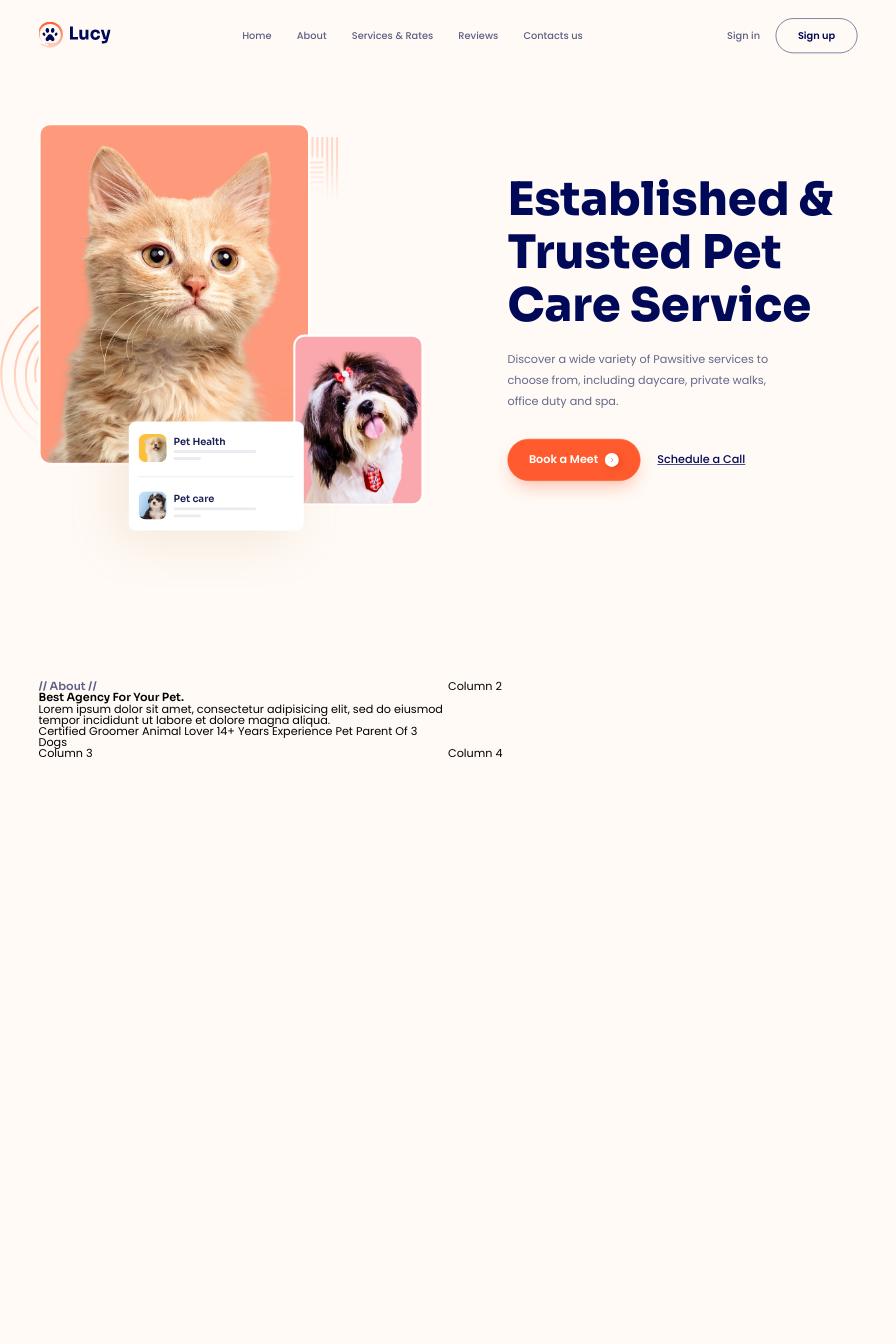
Repository: empty24062002/f8-project-05
Page: index.html
These files come from the project's save history. The page is drawn as it stood at one moment and after the next save; the edit follows.
The browser window is 1280 px wide. The pictures show the part of the page from y = 0 to 1920 px (the page is 10965 px tall), at 70% of full size.

Above is the page before, as saved 2023-09-11 09:35:38.

### index.html
<!DOCTYPE html>
<html lang="en">
    <head>
        <meta charset="UTF-8" />
        <meta name="viewport" content="width=device-width, initial-scale=1.0" />
        <title>Lucy</title>
        <!-- favicon -->
        <link
            rel="apple-touch-icon"
            sizes="57x57"
            href="./assets/favicon/apple-icon-57x57.png"
        />
        <link
            rel="apple-touch-icon"
            sizes="60x60"
            href="./assets/favicon/apple-icon-60x60.png"
        />
        <link
            rel="apple-touch-icon"
            sizes="72x72"
            href="./assets/favicon/apple-icon-72x72.png"
        />
        <link
            rel="apple-touch-icon"
            sizes="76x76"
            href="./assets/favicon/apple-icon-76x76.png"
        />
        <link
            rel="apple-touch-icon"
            sizes="114x114"
            href="./assets/favicon/apple-icon-114x114.png"
        />
        <link
            rel="apple-touch-icon"
            sizes="120x120"
            href="./assets/favicon/apple-icon-120x120.png"
        />
        <link
            rel="apple-touch-icon"
            sizes="144x144"
            href="./assets/favicon/apple-icon-144x144.png"
        />
        <link
            rel="apple-touch-icon"
            sizes="152x152"
            href="./assets/favicon/apple-icon-152x152.png"
        />
        <link
            rel="apple-touch-icon"
            sizes="180x180"
            href="./assets/favicon/apple-icon-180x180.png"
        />
        <link
            rel="icon"
            type="image/png"
            sizes="192x192"
            href="./assets/favicon/android-icon-192x192.png"
        />
        <link
            rel="icon"
            type="image/png"
            sizes="32x32"
            href="./assets/favicon/favicon-32x32.png"
        />
        <link
            rel="icon"
            type="image/png"
            sizes="96x96"
            href="./assets/favicon/favicon-96x96.png"
        />
        <link
            rel="icon"
            type="image/png"
            sizes="16x16"
            href="./assets/favicon/favicon-16x16.png"
        />
        <link rel="manifest" href="./assets/favicon/manifest.json" />
        <meta name="msapplication-TileColor" content="#ffffff" />
        <meta
            name="msapplication-TileImage"
            content="./assets/favicon/ms-icon-144x144.png"
        />
        <meta name="theme-color" content="#ffffff" />
        <!-- reset CSS -->
        <link rel="stylesheet" href="./assets/css/reset.css" />
        <!-- embed font -->
        <link rel="preconnect" href="https://fonts.googleapis.com" />
        <link rel="preconnect" href="https://fonts.gstatic.com" crossorigin />
        <link
            href="https://fonts.googleapis.com/css2?family=Poppins:wght@300;400;500;600&family=Sora:wght@600;700;800&display=swap"
            rel="stylesheet"
        />
        <!-- style css -->
        <link rel="stylesheet" href="./assets/css/styles.css" />
    </head>
    <body>
        <!-- header -->
        <header class="header">
            <div class="container">
                <div class="header__inner">
                    <!-- logo -->
                    <a href="#!">
                        <img
                            src="./assets/img/logo.svg"
                            alt="Lucy"
                            class="header__logo"
                        />
                    </a>
                    <!-- navbar -->
                    <nav class="navbar">
                        <ul class="navbar__list">
                            <li class="navbar__item">
                                <a href="#!" class="navbar__link"> Home </a>
                            </li>
                            <li class="navbar__item">
                                <a href="#!" class="navbar__link"> About </a>
                            </li>
                            <li class="navbar__item">
                                <a href="#!" class="navbar__link"
                                    >Services & Rates
                                </a>
                            </li>
                            <li class="navbar__item">
                                <a href="#!" class="navbar__link"> Reviews </a>
                            </li>
                            <li class="navbar__item">
                                <a href="#!" class="navbar__link">
                                    Contacts us
                                </a>
                            </li>
                        </ul>
                    </nav>
                    <!-- header action -->
                    <div class="header-action">
                        <a href="#!" class="header-action__link">Sign in</a>
                        <a href="#!" class="btn header-action__btn">Sign up</a>
                    </div>
                </div>
            </div>
        </header>
        <!-- hero -->
        <section class="hero">
            <div class="container">
                <div class="hero__inner">
                    <!-- hero media -->
                    <div class="hero__media">
                        <div class="hero__img-wrap">
                            <img
                                src="./assets/img/hero__img1.png"
                                alt=""
                                class="hero__img"
                            />

                            <!-- Decorators -->
                            <img
                                src="./assets/img/decor__01.svg"
                                alt=""
                                class="hero__decor hero__decor-left"
                            />
                            <img
                                src="./assets/img/decor__02.svg"
                                alt=""
                                class="hero__decor hero__decor-right"
                            />
                        </div>
                        <div class="hero__img-wrap hero__img-wrap-small">
                            <img
                                src="./assets/img/hero__img2.png"
                                alt=""
                                class="hero__img"
                            />
                        </div>

                        <div class="hero__list">
                            <!-- hero list item 1 -->
                            <section class="hero-list-item">
                                <img
                                    src="./assets/img/hero__img3.png"
                                    alt=""
                                    class="hero-list-item__thump"
                                />
                                <div class="hero-list-item__info">
                                    <p class="hero-list-item__title">
                                        Pet Health
                                    </p>
                                    <div class="hero-list-item__skeleton"></div>
                                    <div
                                        class="hero-list-item__skeleton"
                                        style="--width: 39px"
                                    ></div>
                                </div>
                            </section>

                            <div class="hero-list-item__separate"></div>
                            <!-- hero list item 2 -->
                            <section class="hero-list-item">
                                <img
                                    src="./assets/img/hero__img4.png"
                                    alt=""
                                    class="hero-list-item__thump"
                                />
                                <div class="hero-list-item__info">
                                    <p class="hero-list-item__title">
                                        Pet care
                                    </p>
                                    <div class="hero-list-item__skeleton"></div>
                                    <div
                                        class="hero-list-item__skeleton"
                                        style="--width: 39px"
                                    ></div>
                                </div>
                            </section>
                        </div>
                    </div>
                    <!-- hero content -->
                    <section class="hero__content">
                        <h1 class="hero__heading">
                            Established & Trusted Pet Care Service
                        </h1>
                        <p class="hero__desc">
                            Discover a wide variety of Pawsitive services to
                            choose from, including daycare, private walks,
                            office duty and spa.
                        </p>
                        <div class="hero__row">
                            <a href="#!" class="btn btn--primary hero__cta-btn">
                                Book a Meet
                                <span class="btn__icon">
                                    <svg
                                        width="5"
                                        height="6"
                                        viewBox="0 0 5 6"
                                        fill="none"
                                        xmlns="http://www.w3.org/2000/svg"
                                    >
                                        <path
                                            d="M1.48584 0.5L3.98584 3L1.48584 5.5"
                                            stroke="#FD5056"
                                            stroke-linecap="round"
                                            stroke-linejoin="round"
                                        />
                                    </svg>
                                </span>
                            </a>
                            <a href="#!" class="hero__cta-link">
                                Schedule a Call
                            </a>
                        </div>
                    </section>
                </div>
            </div>
        </section>
        <main style="height: 10000px">
            <!-- about -->
            <section class="about">
                <div class="container">
                    <div class="about__inner">
                        <section class="about__content">
                            <p class="about__lable">// About //</p>
                            <h2 class="about__heading section-heading">
                                Best Agency For Your Pet.
                            </h2>
                            <p class="about__desc section-desc">
                                Lorem ipsum dolor sit amet, consectetur
                                adipisicing elit, sed do eiusmod tempor
                                incididunt ut labore et dolore magna aliqua.
                            </p>
                            <div class="about__checklist">
                                <span class="about__check-item">
                                    Certified Groomer
                                </span>
                                <span class="about__check-item">
                                    Animal Lover
                                </span>
                                <span class="about__check-item">
                                    14+ Years Experience
                                </span>
                                <span class="about__check-item">
                                    Pet Parent Of 3 Dogs
                                </span>
                            </div>
                        </section>
                        <div class="about__media">Column 2</div>
                        <div class="about__media">Column 3</div>
                        <section class="about__content">Column 4</section>
                    </div>
                </div>
            </section>
        </main>
    </body>
</html>

### assets/css/styles.css
* {
    box-sizing: border-box;
}

:root {
    --primary-color: #ff5b2e;
}

html {
    font-size: 62.5%;
}

body {
    font-size: 1.6rem;
    font-family: "Poppins", sans-serif;
    background: #fffaf5;
}

/* common */

h1,
h2,
h3,
h4,
h5,
h6 {
    font-family: "Sora", sans-serif;
}

input,
textarea,
select,
button {
    font-size: inherit;
    font-family: inherit;
}

a {
    text-decoration: none;
}

.container {
    width: 1170px;
    max-width: calc(100% - 48px);
    margin: 0 auto;
}

.btn {
    --height: 56px;

    display: inline-flex;
    align-items: center;
    justify-content: center;
    min-width: 130px;
    height: var(--height);
    line-height: var(--height);
    border: 1px solid rgb(0, 9, 88, 0.7);
    border-radius: 99px;
    color: #000958;
    text-align: center;
    font-size: 1.4rem;
    font-weight: 600;
}

.btn:hover {
    opacity: 0.8;
    cursor: pointer;
}

.btn--primary {
    background: var(--primary-color);
    color: #fff;
    border-color: var(--primary-color);
}

.btn__icon {
    display: flex;
    justify-content: center;
    align-items: center;
    margin-left: 10px;
    width: 20px;
    height: 20px;
    border-radius: 50%;
    background-color: #fff;
    box-shadow: 4px 3px 10px -1px rgba(191, 41, 0, 0.4);
}

/* header */
.header {
    padding: 26px 0;
}

.header__inner {
    display: flex;
    justify-content: space-between;
    align-items: center;
}

.navbar__list {
    display: flex;
}

.navbar__link,
.header-action__link {
    padding: 8px 18px;
    color: #5e6085;
    font-size: 1.4rem;
    font-weight: 500;
    line-height: 1; /* 100% */
}

.navbar__link:hover {
    color: #000958;
    text-shadow: 1px 0 0 currentColor;
}

.header-action__btn {
    --height: 50px;

    min-width: 117px;
}

/* hero */
.hero {
    margin-top: 74px;
}

.hero__inner {
    display: flex;
    justify-content: space-between;
    align-items: center;
    column-gap: 120px;
}

.hero__media {
    display: flex;
    position: relative;
    padding-bottom: 94px;
}

.hero__img-wrap {
    position: relative;
    display: flex;
    justify-content: center;
    align-items: flex-end;
    width: 388px;
    height: 488px;
    border: 3px solid #fff;
    border-radius: 16px;
    background: #fe997b;
}

.hero__img {
    max-width: 100%;
    max-height: 100%;
    border-radius: inherit;
}

.hero__decor {
    position: absolute;
    z-index: -1;
}

.hero__decor-left {
    left: -58px;
    bottom: 10px;
}

.hero__decor-right {
    top: 16px;
    right: -43px;
}

.hero__img-wrap-small {
    align-self: flex-end;
    width: 186px;
    height: 244px;
    margin: 0 0 -58px -24px;
    border: 2px solod #f7dddf;
    background: #faa7ad;
}

.hero__list {
    position: absolute;
    left: 129px;
    bottom: 0;
    width: 250px;
    height: 156px;
    padding: 18px 14px;
    border-radius: 10px;
    background: #fff;
    box-shadow: -17px 14px 68px -4px rgba(207, 174, 132, 0.25);
}

.hero-list-item {
    display: flex;
    align-items: center;
}

.hero-list-item:nth-of-type(2) .hero-list-item__thump {
    background-color: #c6e2fa;
}

.hero-list-item__thump {
    width: 40px;
    height: 40px;
    border-radius: 10px;
    object-fit: cover;
    background: #fec23f;
}

.hero-list-item__info {
    margin-left: 10px;
}

.hero-list-item__title {
    color: #181e52;
    font-family: "Sora", sans-serif;
    font-size: 1.4rem;
    font-weight: 600;
    line-height: 1;
}

.hero-list-item__separate {
    margin: 20px 0;
    width: 100%;
    height: 2px;
    background: #f2f2f2;
}

.hero-list-item__skeleton {
    margin-top: 6px;
    width: var(--width, 118px);
    height: 4px;
    border-radius: 10px;
    opacity: 0.08;
    background: #000958;
}

.hero__heading {
    color: #000958;
    font-size: 6.6rem;
    font-weight: 800;
    line-height: 1.15; /* 115.152% */
}

.hero__desc {
    width: 391px;
    margin-top: 24px;
    color: #656689;
    font-size: 1.6rem;
    font-weight: 400;
    line-height: 1.88;
}

.hero__row {
    display: flex;
    align-items: center;
    margin-top: 38px;
}

.hero__cta-btn {
    --height: 60px;

    min-width: 190px;
    font-size: 1.6rem;
    box-shadow: 0px 13px 26px -8px rgba(255, 91, 46, 0.42);
}

.hero__cta-link {
    margin-left: 24px;
    color: #000958;
    font-size: 1.6rem;
    font-weight: 500;
    line-height: 1;
    text-decoration: underline;
}
/* about */
.about {
    margin-top: 207px;
    padding: 8px 0;
}

.about__inner {
    display: grid;
    grid-template-columns: 1fr 1fr;
}

.about__lable {
    color: #5e6085;
    font-family: "Sora", sans-serif;
    font-size: 1.6rem;
    font-weight: 600;
    line-height: 1;
}

Loaded but not shown: assets/css/reset.css (common file)

After the next save:
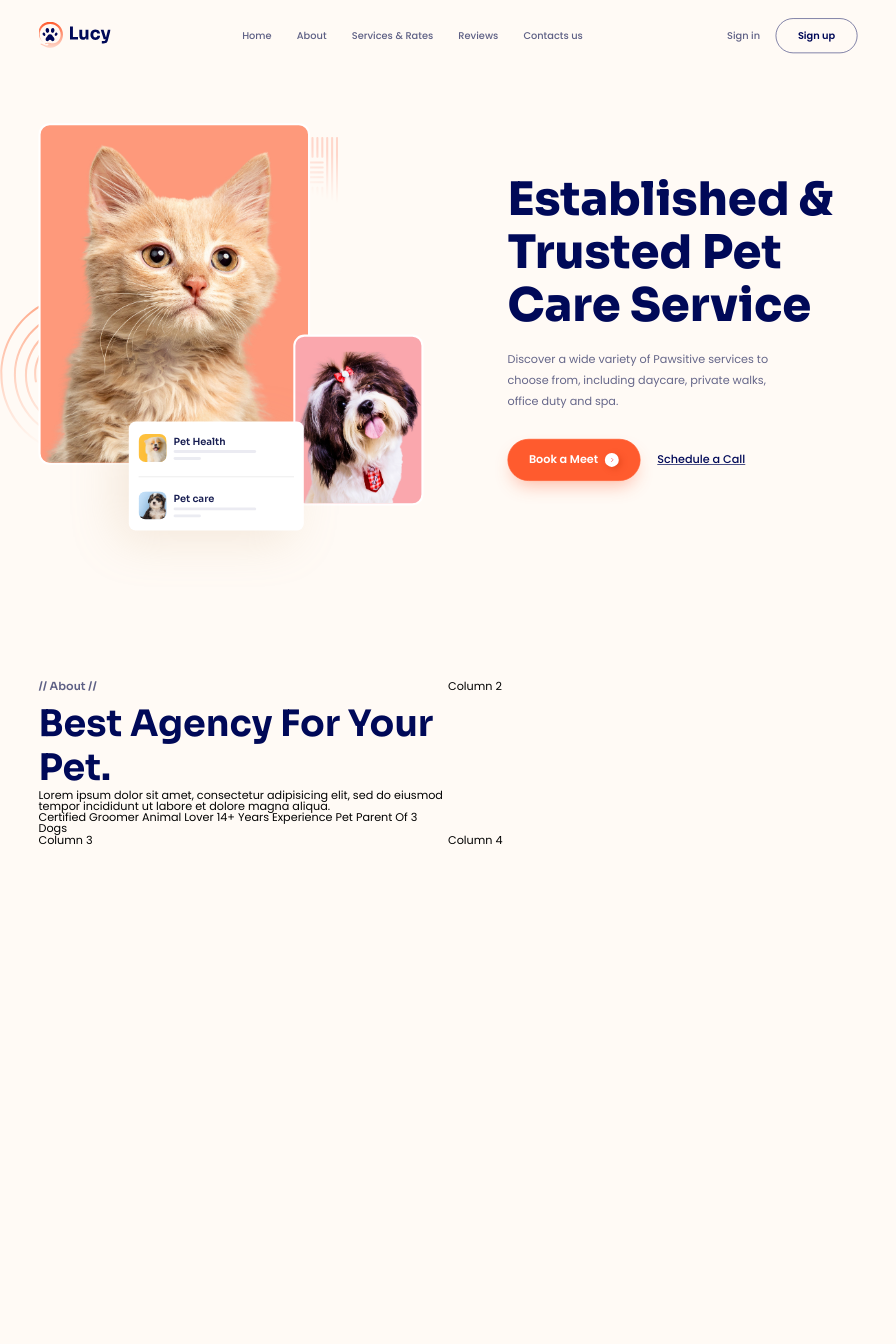
Saved 57 s later.
--- a/assets/css/styles.css
+++ b/assets/css/styles.css
@@ -83,6 +83,14 @@ a {
     border-radius: 50%;
     background-color: #fff;
     box-shadow: 4px 3px 10px -1px rgba(191, 41, 0, 0.4);
+}
+
+.section-heading {
+    color: #000958;
+    font-family: "Sora", sans-serif;
+    font-size: 5.2rem;
+    font-weight: 700;
+    line-height: 1.19; /* 119.231% */
 }
 
 /* header */
@@ -293,3 +301,7 @@ a {
     font-weight: 600;
     line-height: 1;
 }
+
+.about__heading {
+    margin-top: 15px;
+}
